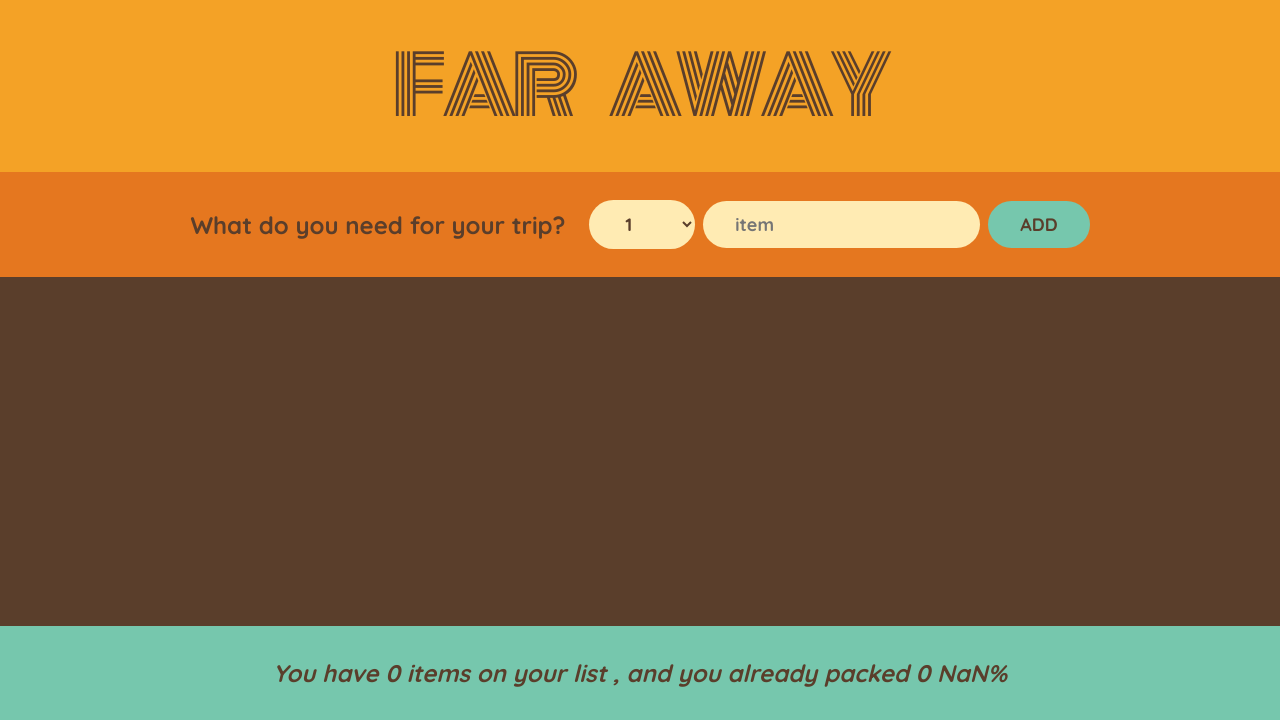
Repository: ahmedharidy/react-checklist
Page: /
An editor plug-in stored every save of this project. The page is shown before and after the next save, followed by the edit.
The browser window is 1280 px wide. The pictures show the whole page.
The project was rebuilt for these pictures with package versions that can differ from the ones it lists, and the page was loaded fresh each time.

Above is the page before, as saved 2026-10-04 19:32:32.

After the next save:
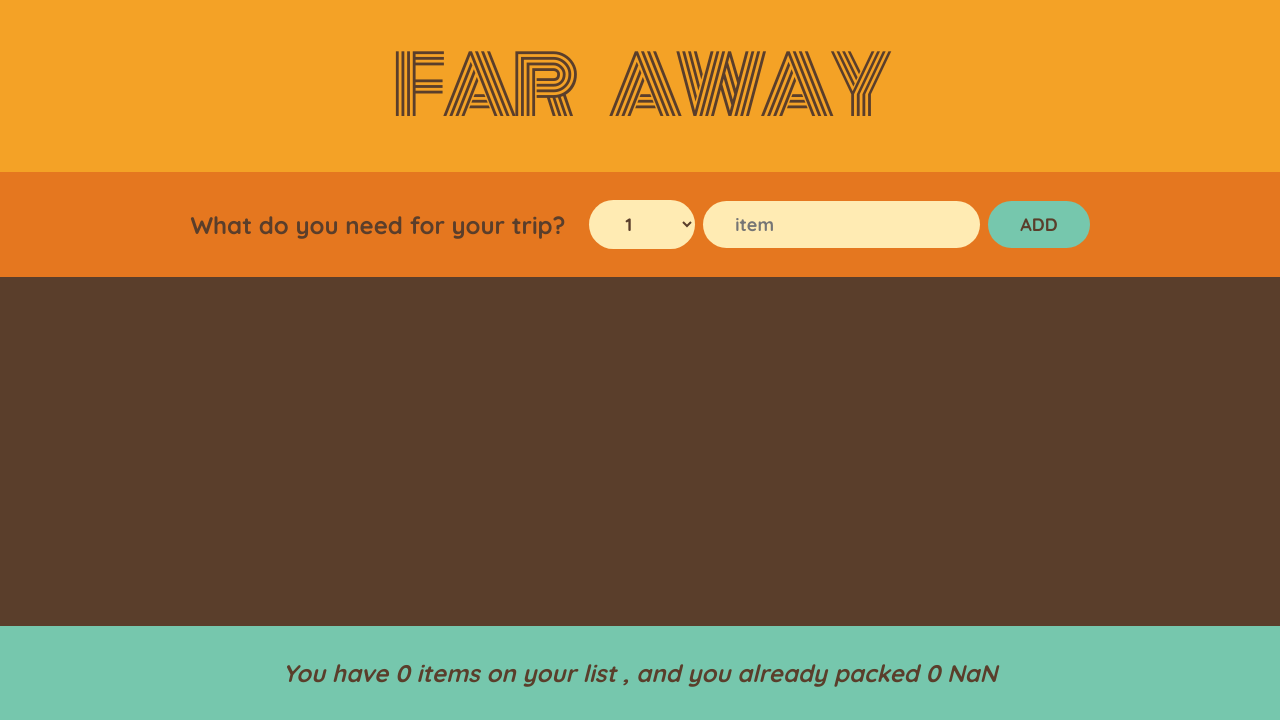
Saved 68 s later.
--- a/src/App.js
+++ b/src/App.js
@@ -117,7 +117,7 @@
     <footer className="stats">
       <em>
         You have {numItems} items on your list , and you already packed{" "}
-        {numPacked} {`${percentage}%`}
+        {numPacked} {percentage}
       </em>
     </footer>
   );
